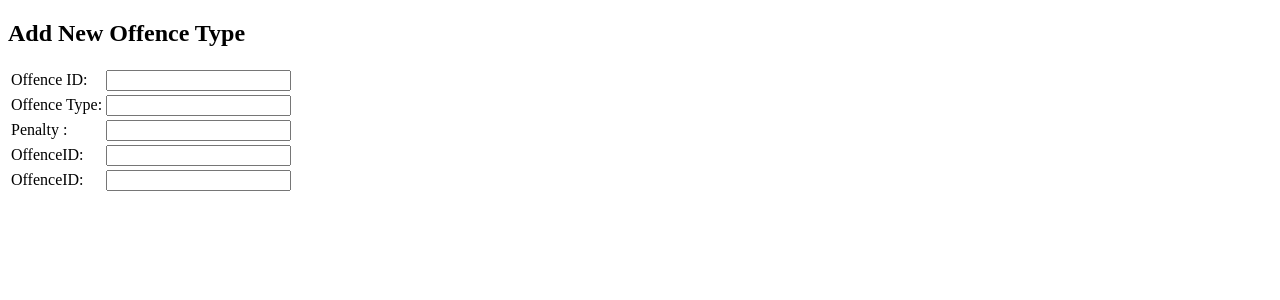
Repository: saurabhaahujaa/learning-java-springboot
Page: workspace/SpringWS/Lesson06-UI-Spring-ORM/WebContent/AddNewOffenceType.html
The author's editor kept a copy of each file at every save. The page is drawn from the files as they stood at one save, then again after the next save.
The browser window is 1280 px wide. The pictures show the whole page.

Above is the page before, as saved 2023-03-29 05:01:27.

### workspace/SpringWS/Lesson06-UI-Spring-ORM/WebContent/AddNewOffenceType.html
<!DOCTYPE html>
<html>
<head>
<meta charset="UTF-8">
<title>Insert title here</title>
</head>
<body>
	<h2>Add New Offence Type</h2>
	<table>
		<tr>
			<td>Offence ID: </td>
			<td><input type="text" name="offenceID"/></td>
		</tr>
				<tr>
			<td>Offence Type: </td>
			<td><input type="text" name="offenceType"/></td>
		</tr>
				<tr>
			<td>Penalty : </td>
			<td><input type="text" name="offenceType"/></td>
		</tr>
				<tr>
			<td>OffenceID: </td>
			<td><input type="text" name="offenceType"/></td>
		</tr>
				<tr>
			<td>OffenceID: </td>
			<td><input type="text" name="offenceType"/></td>
		</tr>
	</table>
</body>
</html>

After the next save:
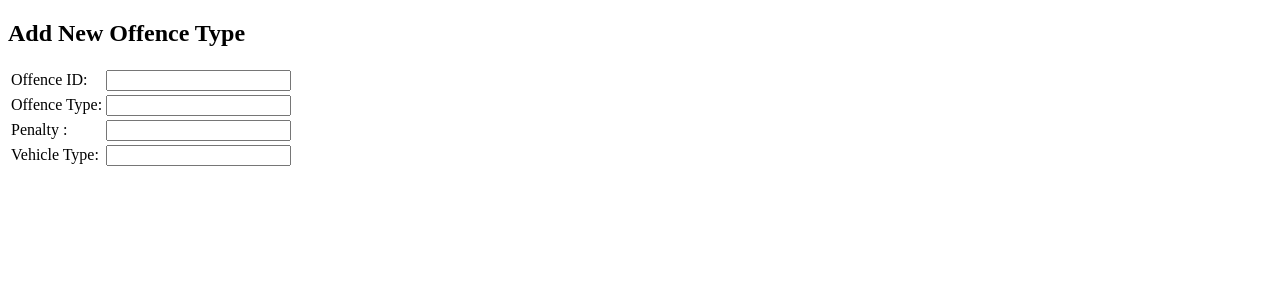
Saved 25 s later.
--- a/workspace/SpringWS/Lesson06-UI-Spring-ORM/WebContent/AddNewOffenceType.html
+++ b/workspace/SpringWS/Lesson06-UI-Spring-ORM/WebContent/AddNewOffenceType.html
@@ -17,15 +17,11 @@
 		</tr>
 				<tr>
 			<td>Penalty : </td>
-			<td><input type="text" name="offenceType"/></td>
+			<td><input type="text" name="penalty"/></td>
 		</tr>
 				<tr>
-			<td>OffenceID: </td>
-			<td><input type="text" name="offenceType"/></td>
-		</tr>
-				<tr>
-			<td>OffenceID: </td>
-			<td><input type="text" name="offenceType"/></td>
+			<td>Vehicle Type: </td>
+			<td><input type="text" name="vehicleType"/></td>
 		</tr>
 	</table>
 </body>
